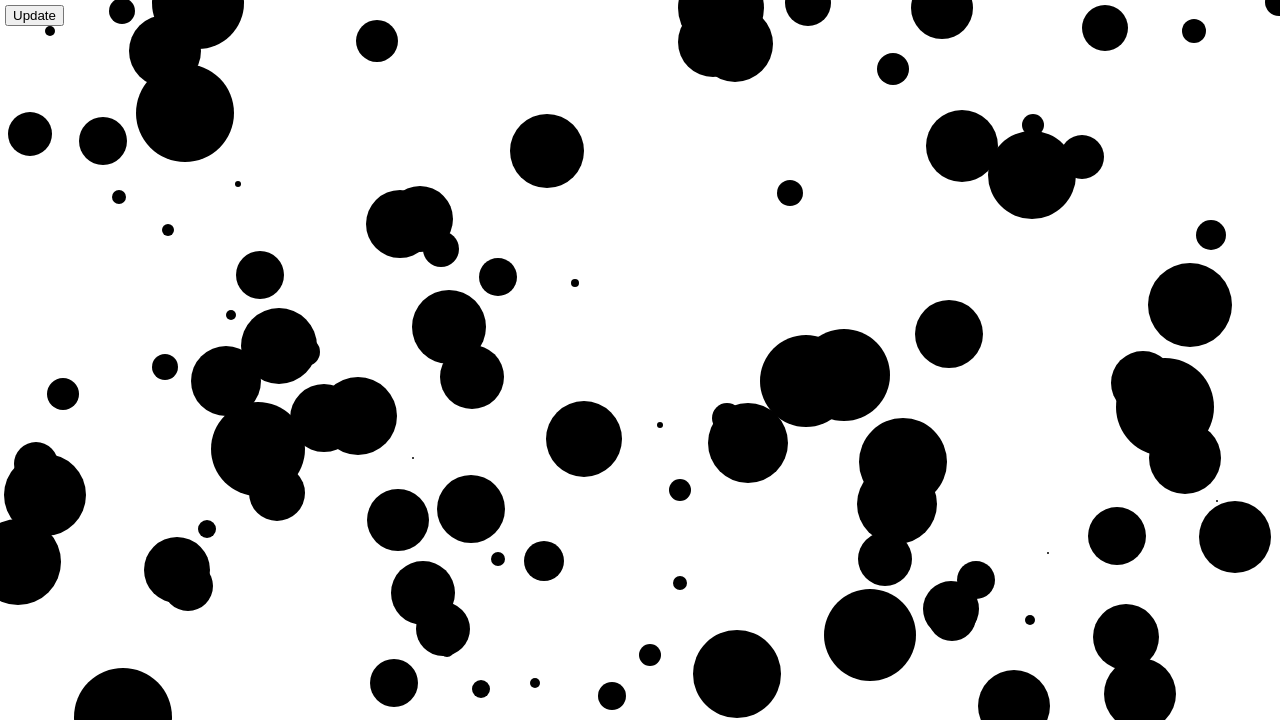
Repository: Spencertainty/practice-time
Page: function-scope/function-scope.html
The author's editor kept a copy of each file at every save. The page is drawn from the files as they stood at one save, then again after the next save.
The browser window is 1280 px wide. The pictures show the whole page.
After loading, the first visible `button` was clicked once.

Above is the page before, as saved 2024-03-13 18:47:01.

After the next save:
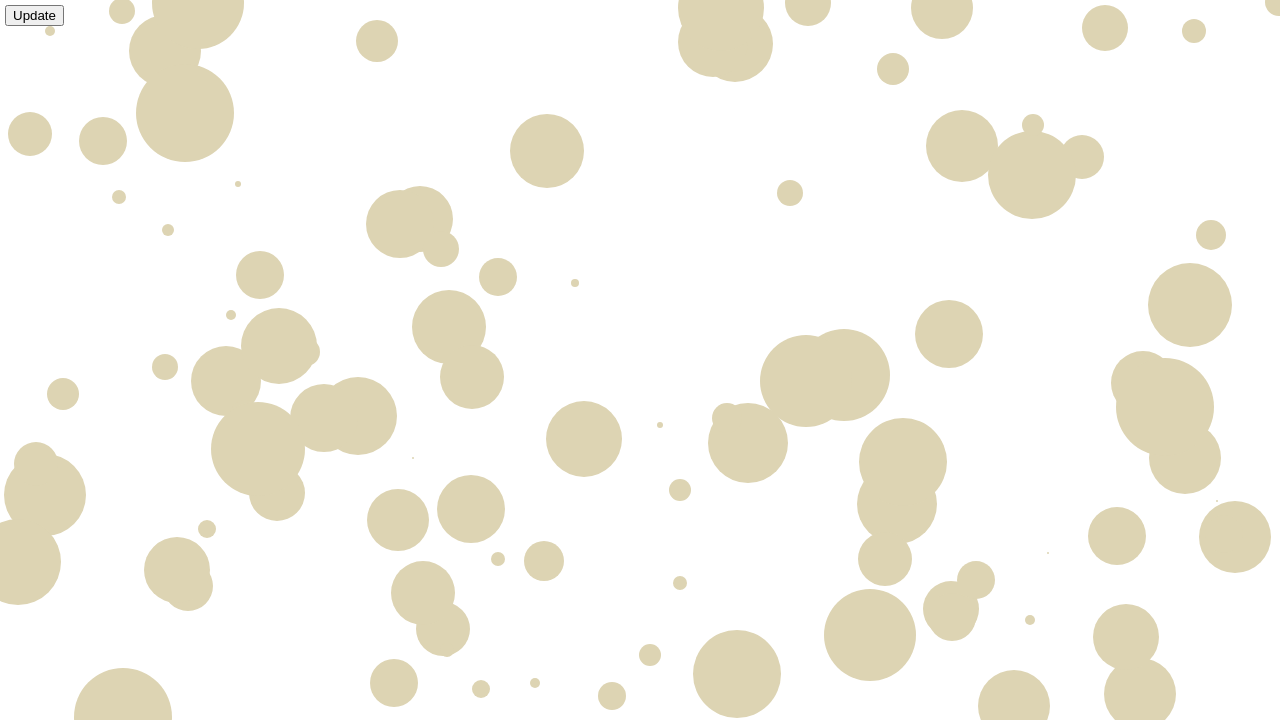
Saved 27 s later.
--- a/function-scope/function-scope.html
+++ b/function-scope/function-scope.html
@@ -51,7 +51,7 @@
       ctx.clearRect(0,0,WIDTH,HEIGHT);
       for(let i = 0; i < 100; i++) {
         ctx.beginPath();
-        ctx.fillStyle = 'rgb (221, 212, 179)';
+        ctx.fillStyle = 'rgba(221, 212, 179)';
         ctx.arc(random(WIDTH), random(HEIGHT), random(50), 0, 2 * Math.PI);
         ctx.fill();
       }
